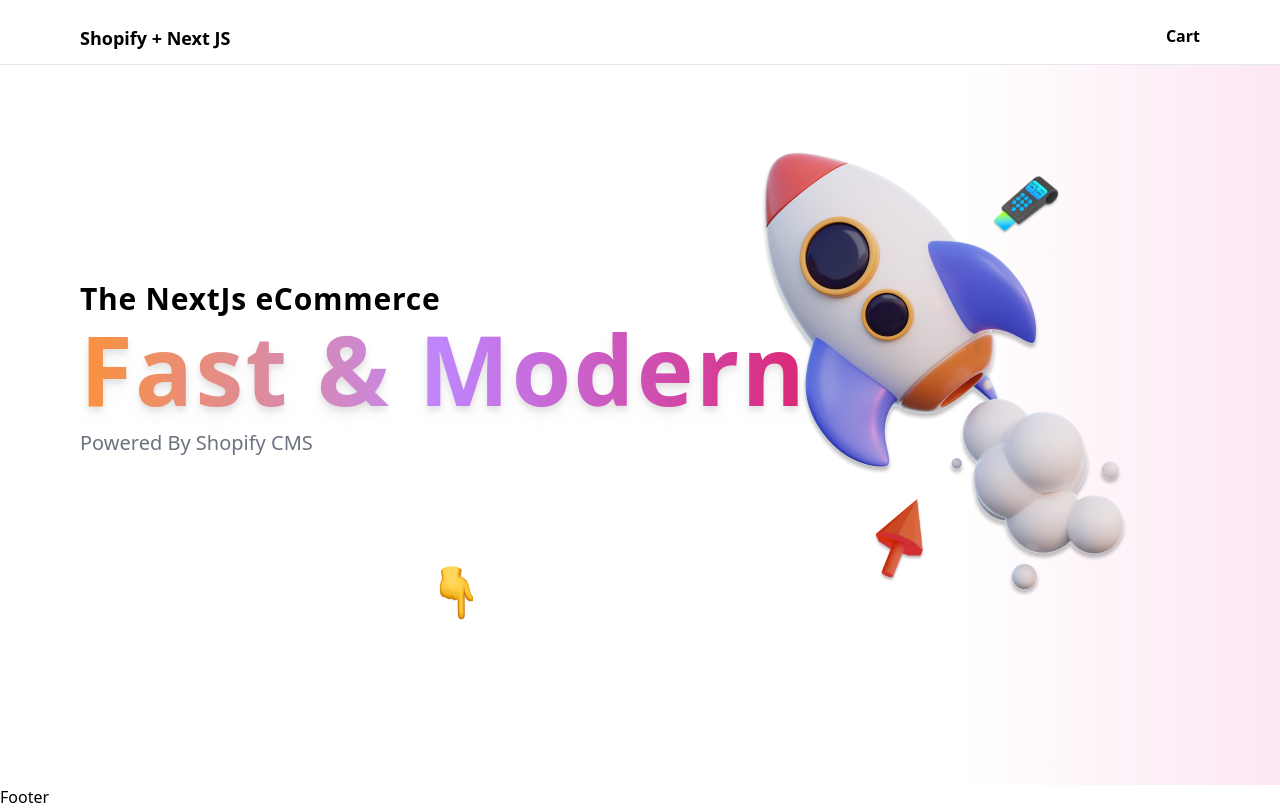
Repository: Krishna-bansall/store
Page: /
An editor plug-in stored every save of this project. The page is shown before and after the next save, followed by the edit.
The browser window is 1280 px wide. The pictures show the whole page.
The project was rebuilt for these pictures with package versions that can differ from the ones it lists, and the page was loaded fresh each time. The framework's server and built-in components were replaced by stand-ins that run in the browser. Also part of the build but not shown: next.config.js, utils/helpers.js, components/ProductCard.js, components/ProductList.js.

Above is the page before, as saved 2022-04-10 18:09:08.

After the next save:
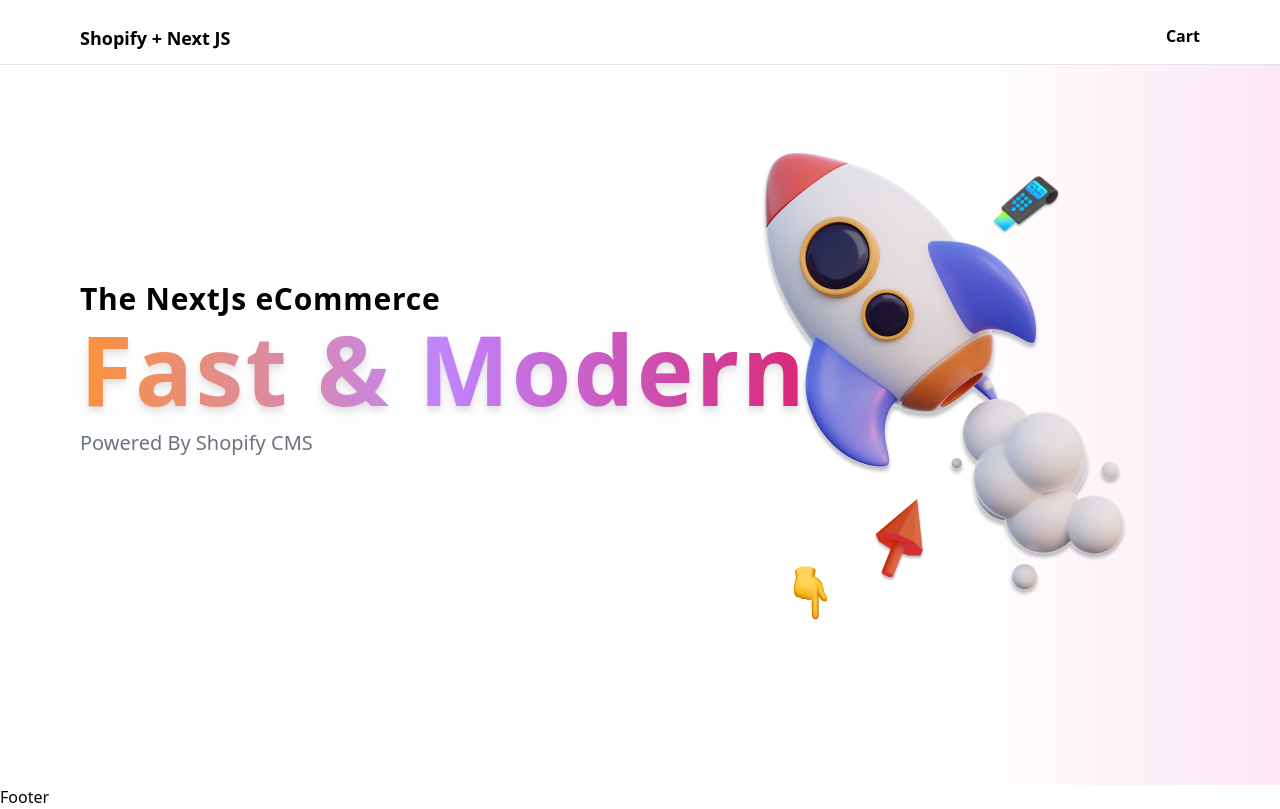
Saved 34 s later.
--- a/components/HeroSection.js
+++ b/components/HeroSection.js
@@ -57,7 +57,7 @@
           </div>
         </div>
         <div className="col-start-2 row-start-3 flex items-center justify-center md:col-start-1">
-          <div className="w-10">
+          <div className="w-10 md:ml-auto">
             <Image src={down} alt="down" />
           </div>
         </div>
